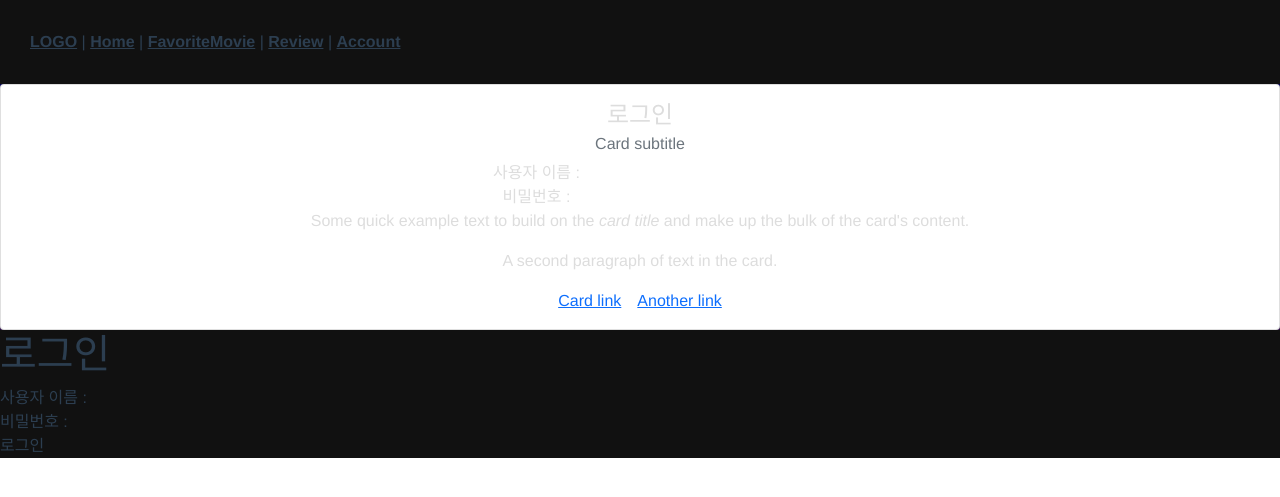
Repository: chomyoenggeun/linkedmovie
Page: /account/login (app in front/)
These files come from the project's save history. The page is drawn as it stood at one moment and after the next save; the edit follows.
The browser window is 1280 px wide. The pictures show the whole page.
The project was rebuilt for these pictures with package versions that can differ from the ones it lists, and the page was loaded fresh each time. Also part of the build but not shown: front/vue.config.js, front/src/components/MovieCard.vue, front/src/views/Home.vue, front/src/views/accounts/Account.vue, front/src/views/accounts/Signup.vue, front/src/views/FavoriteMovie.vue, front/src/views/Mypage.vue, front/src/components/DmovieReviewItem.vue and 10 more.

Above is the page before, as saved 2021-11-24 04:55:35.

After the next save:
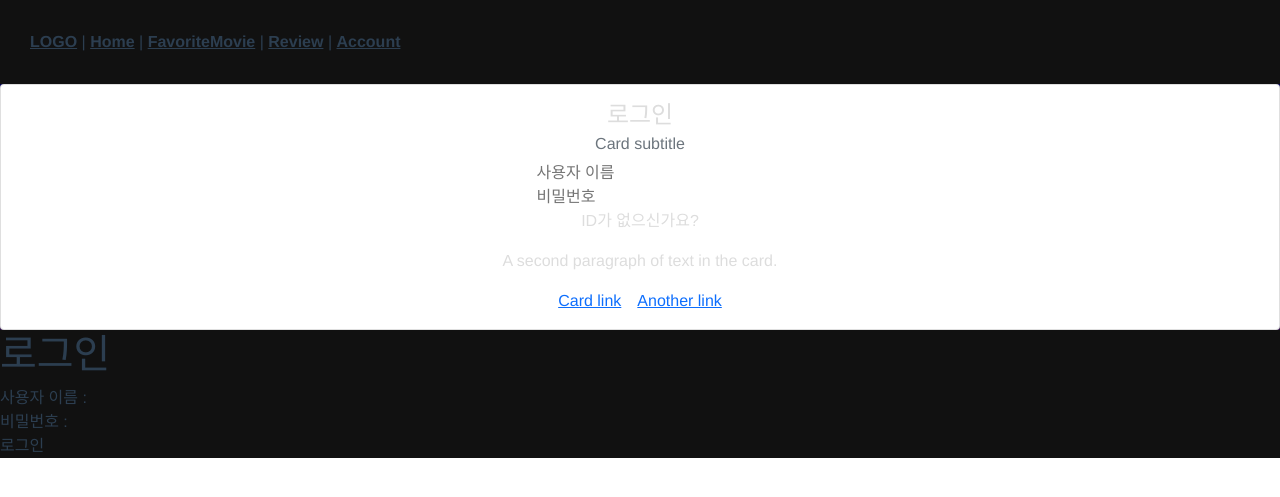
Saved 95 s later.
--- a/front/src/views/accounts/Login.vue
+++ b/front/src/views/accounts/Login.vue
@@ -42,21 +42,18 @@
     <div class="to-center bg-color">
       <b-card title="로그인" sub-title="Card subtitle">
         <div>
-          <label for="username">사용자 이름 : </label>
-          <input type="text"
+          <input type="text" placeholder="사용자 이름"
           id="username"
           v-model="credentials.username">
         </div>
         <div>
-          <label for="password">비밀번호 : </label>
           <input type="password"
-          id="password"
+          id="password" placeholder="비밀번호"
           v-model="credentials.password"
           @keyup.enter="login">
         </div>
         <b-card-text>
-          Some quick example text to build on the <em>card title</em> and make up the bulk of the card's
-          content.
+          ID가 없으신가요?
         </b-card-text>
 
         <b-card-text>A second paragraph of text in the card.</b-card-text>
